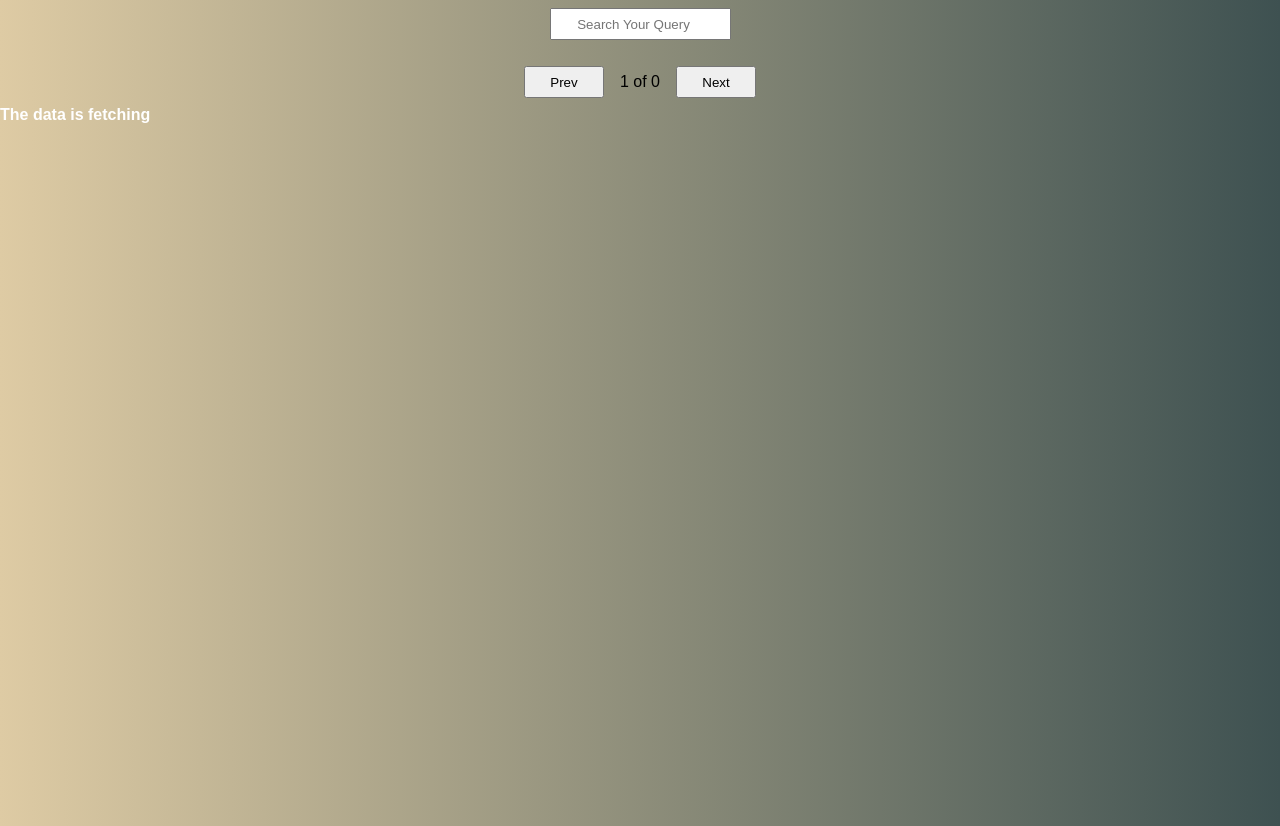
Repository: suraj-yadav7/TechNews
Page: /
These files come from the project's save history. The page is drawn as it stood at one moment and after the next save; the edit follows.
The browser window is 1280 px wide. The pictures show the whole page.
The page's requests for data from a server got no answer. The project was rebuilt for these pictures with package versions that can differ from the ones it lists, and the page was loaded fresh each time. No one was signed in, and anything a server would have sent is missing.

Above is the page before, as saved 2023-04-28 10:34:06.

After the next save:
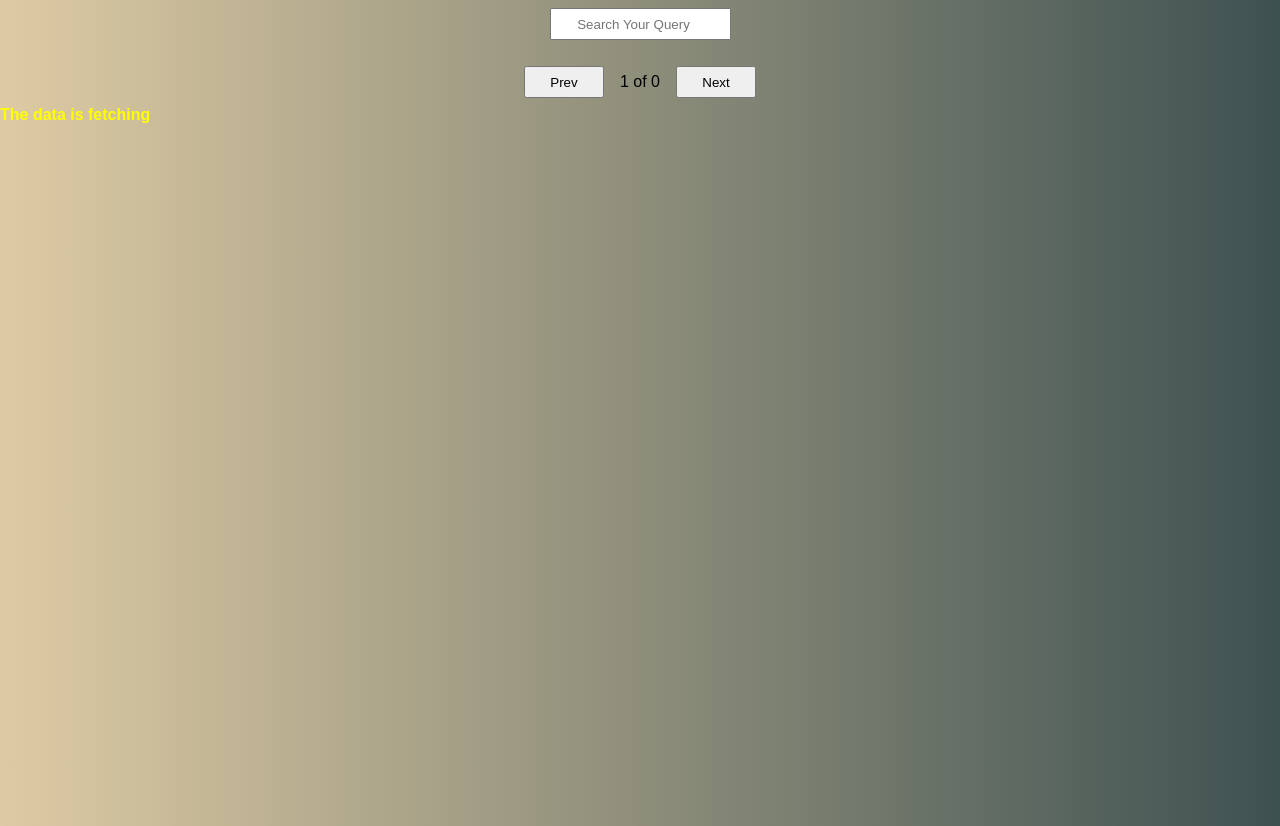
Saved 28 s later.
--- a/src/components/Stories.jsx
+++ b/src/components/Stories.jsx
@@ -8,7 +8,7 @@ const Stories = () => {
 
   if (isLoading) {
     return (
-  <div className="Loading" style={{ color:"white", height:"100vh",backgroundImage: "linear-gradient(to right, #DECBA4, #3E5151)"}}>
+  <div className="Loading" style={{ color:"yellow", height:"100vh",backgroundImage: "linear-gradient(to right, #DECBA4, #3E5151)"}}>
         <h4>The data is fetching</h4>
       </div>
     )
